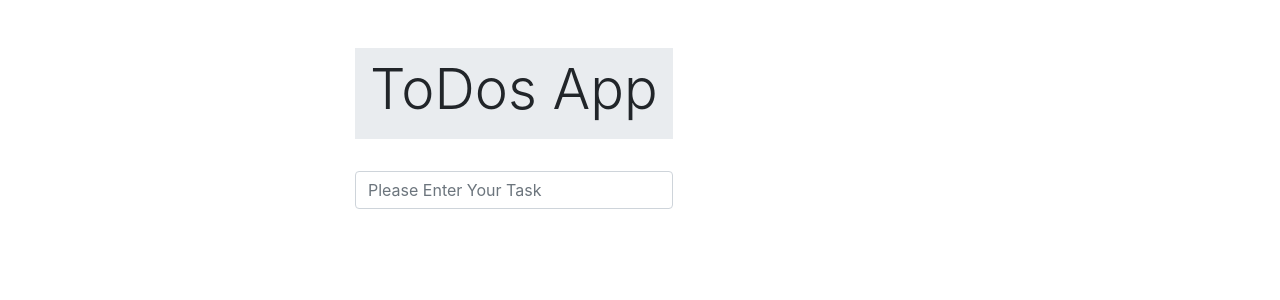
Repository: Khilanmakwana/Todo-App-ReactJS
Page: /
The author's editor kept a copy of each file at every save. The page is drawn from the files as they stood at one save, then again after the next save.
The browser window is 1280 px wide. The pictures show the whole page.
The project was rebuilt for these pictures with package versions that can differ from the ones it lists, and the page was loaded fresh each time. Also part of the build but not shown: src/App.css.

Above is the page before, as saved 2020-04-28 15:31:23.

After the next save:
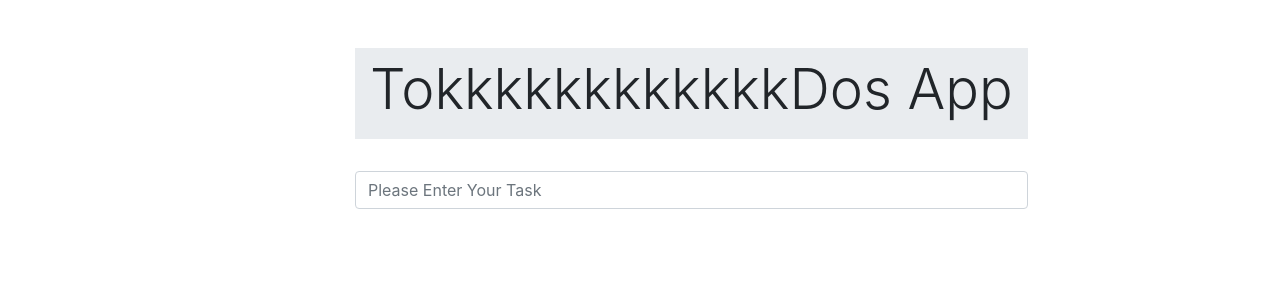
Saved 10 s later.
--- a/src/App.js
+++ b/src/App.js
@@ -6,7 +6,7 @@ function App() {
     <div>
       <div className="jumbotron jumbotron-fluid py-2">
         <div className="container">
-          <h1 className="display-4">ToDos App</h1>
+          <h1 className="display-4">TokkkkkkkkkkkkDos App</h1>
         </div>
       </div>
       <form className="mb-3">
